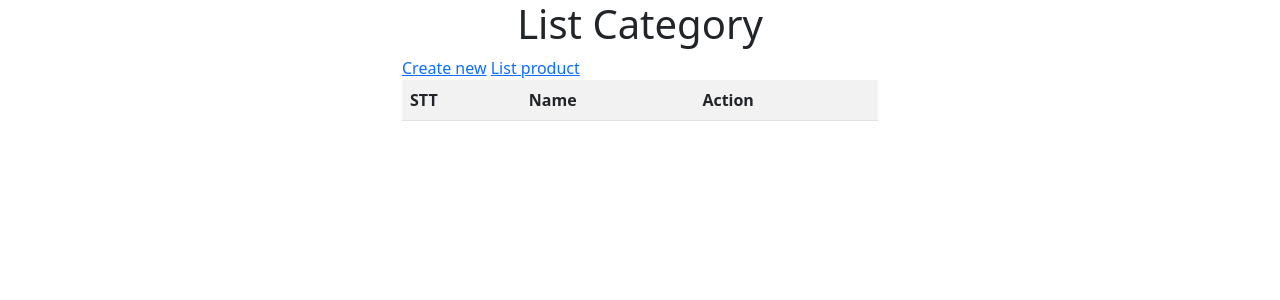
Repository: hongquan16101995/servlet-jw0124
Page: http://localhost/demo/categories
These files come from the project's save history. The page is drawn as it stood at one moment and after the next save; the edit follows.
The browser window is 1280 px wide. The pictures show the whole page.
The page is served by Tomcat 9.

Above is the page before, as saved 2024-05-14 12:28:24.

After the next save:
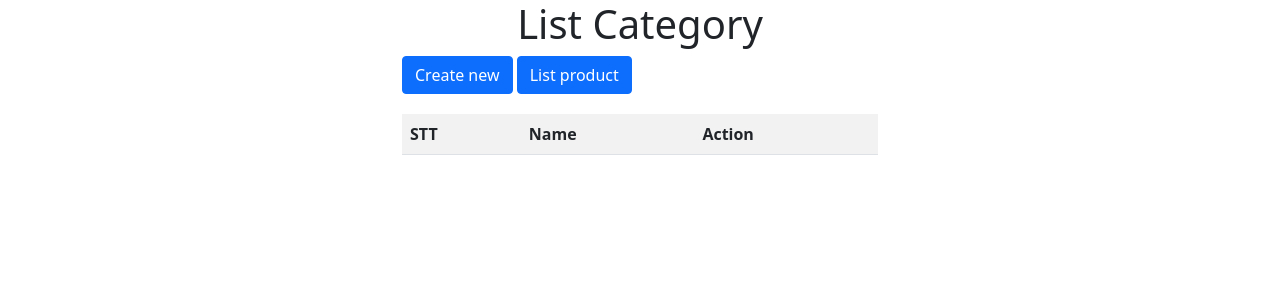
Saved 21 s later.
--- a/demo/src/main/webapp/category/list.jsp
+++ b/demo/src/main/webapp/category/list.jsp
@@ -25,8 +25,8 @@
 <body>
 <div class="container">
 <h1>List Category</h1>
-<a href="/demo/categories?action=createGet">Create new</a>
-<a href="/demo/products">List product</a>
+<a class="btn btn-primary" href="/demo/categories?action=createGet">Create new</a>
+<a class="btn btn-primary" href="/demo/products">List product</a>
 <table class="table table-striped">
 	<tr>
 		<th>STT</th>
